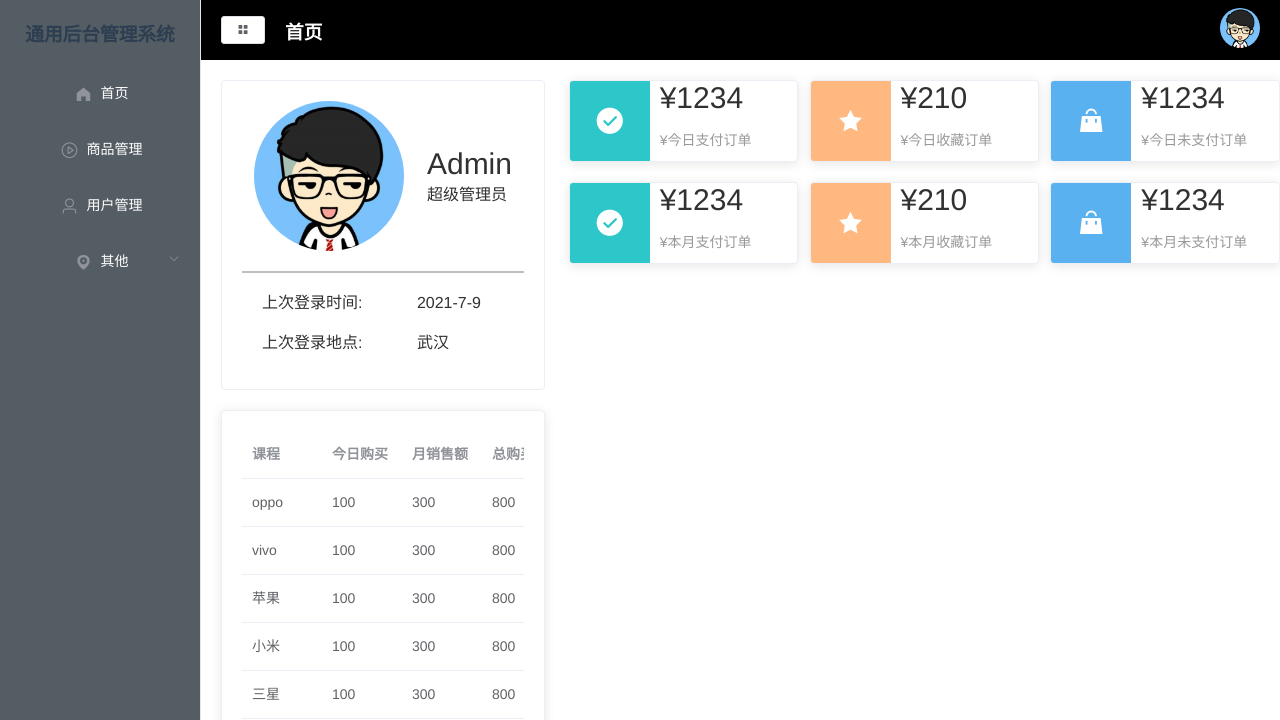
Repository: 385841539/VueStudy
Page: / (app in vue_cli/)
The author's editor kept a copy of each file at every save. The page is drawn from the files as they stood at one save, then again after the next save.
The browser window is 1280 px wide. The pictures show the whole page.
An inner scrolling area shows only its first screen. The project was rebuilt for these pictures with package versions that can differ from the ones it lists, and the page was loaded fresh each time. Also part of the build but not shown: vue_cli/vue.config.js.

Above is the page before, as saved 2022-01-13 15:04:53.

After the next save:
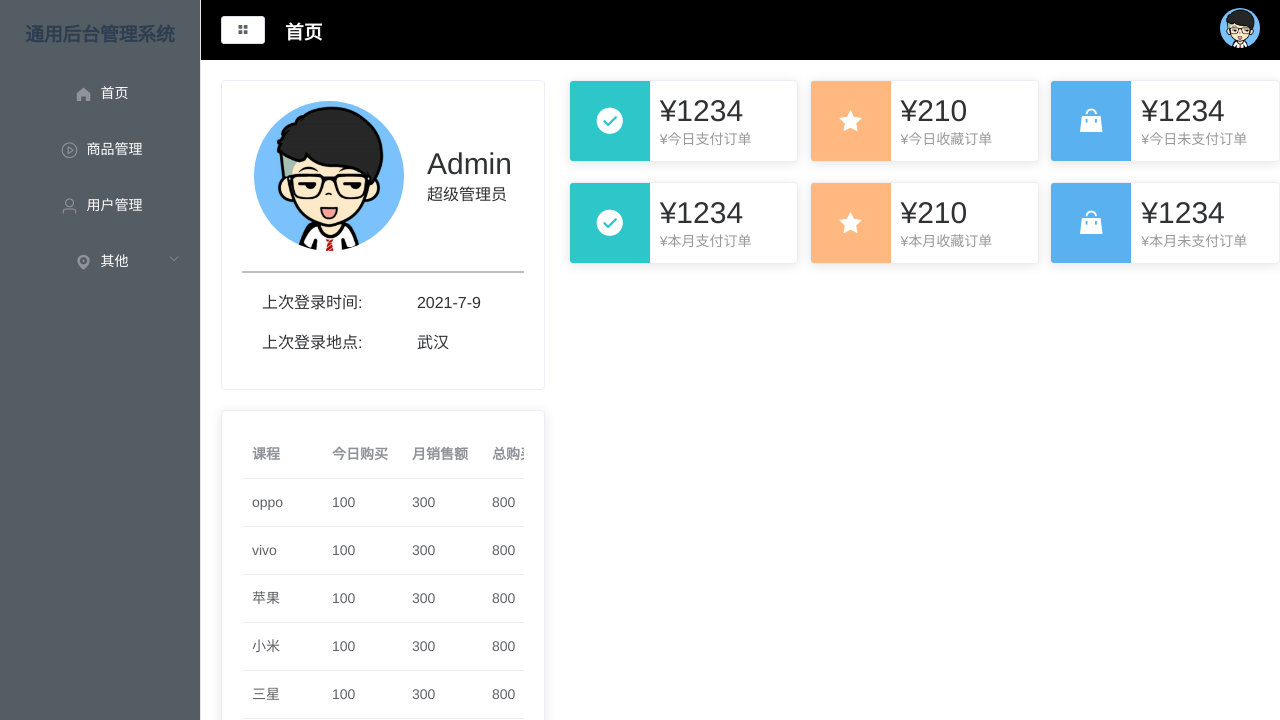
Saved 4 s later.
--- a/vue_cli/src/views/Home/Home.vue
+++ b/vue_cli/src/views/Home/Home.vue
@@ -228,6 +228,8 @@
       font-size: 14px;
       text-align: center;
       color: #999999;
+        margin: 0px;
+      pad: 0px;
     }
     .p {
 

After the save that followed:
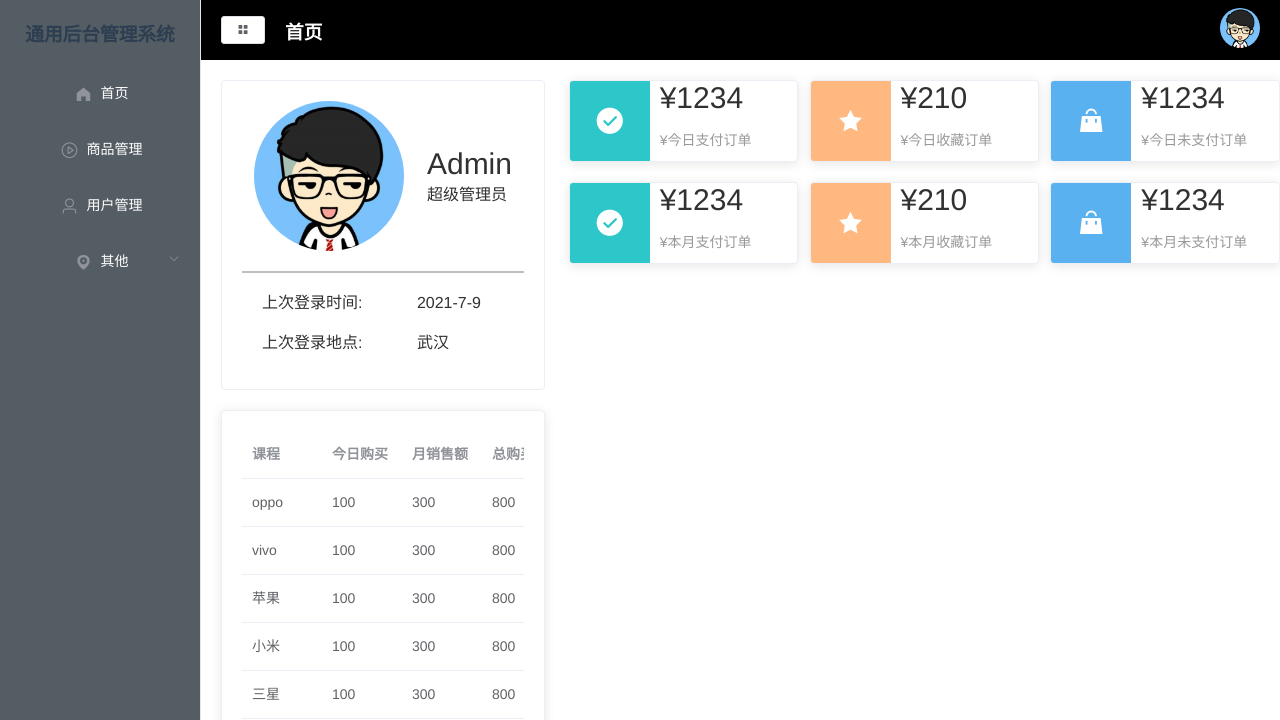
Saved 14 s later.
--- a/vue_cli/src/views/Home/Home.vue
+++ b/vue_cli/src/views/Home/Home.vue
@@ -221,18 +221,15 @@
     margin-left: 10px;
     .num {
       font-size: 30px;
-        margin: 0px;
-      pad: 0px;
     }
     .txt {
       font-size: 14px;
       text-align: center;
       color: #999999;
-        margin: 0px;
-      pad: 0px;
     }
     .p {
 
+    padding: 0px;
     }
   }
 }
